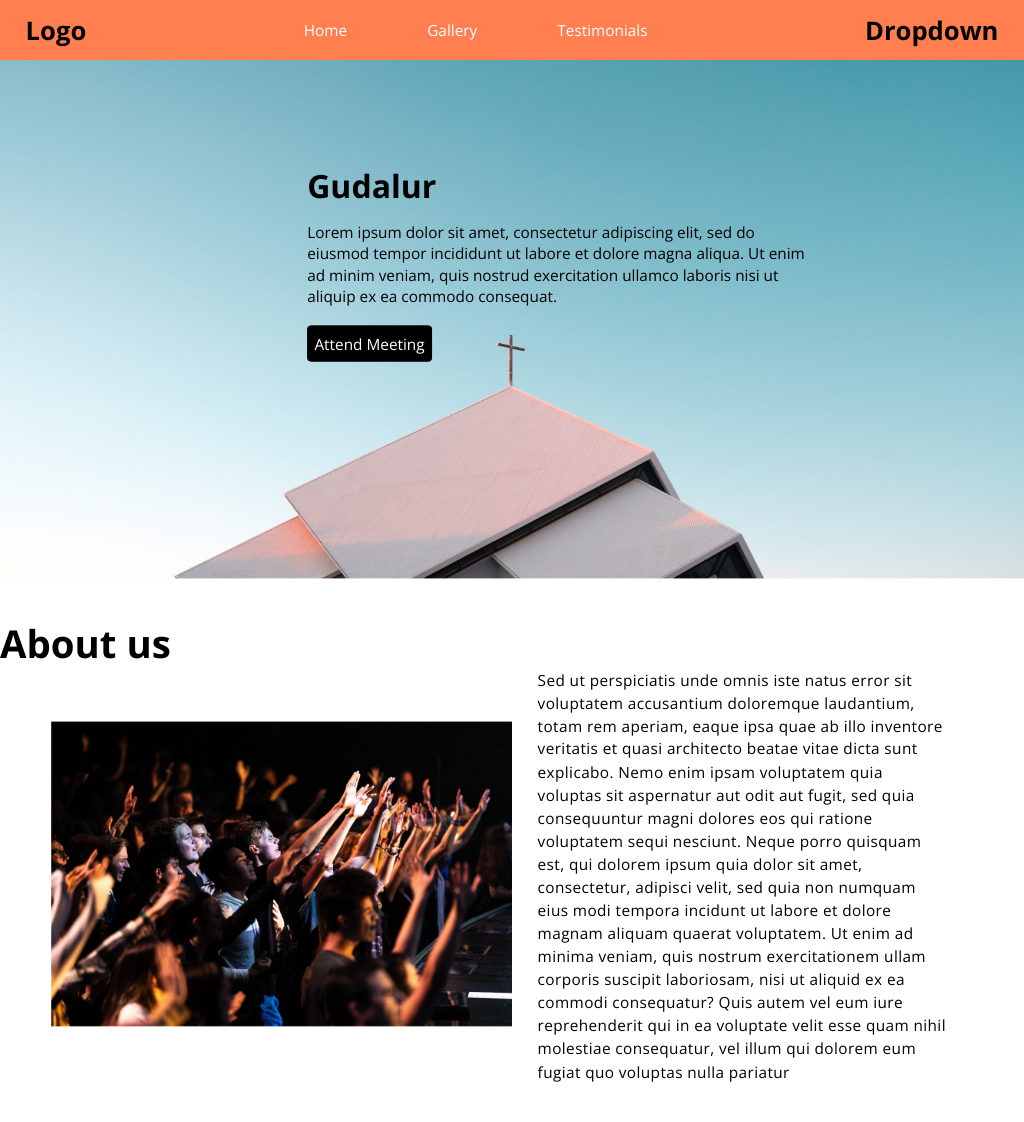
Repository: Imprasna/church
Page: index.html
These files come from the project's save history. The page is drawn as it stood at one moment and after a run of saves; the edit follows.
The browser window is 1280 px wide. The pictures show the whole page, at 80% of full size.

Above is the page before, as saved 2022-01-18 23:17:59.

After the next 4 saves:
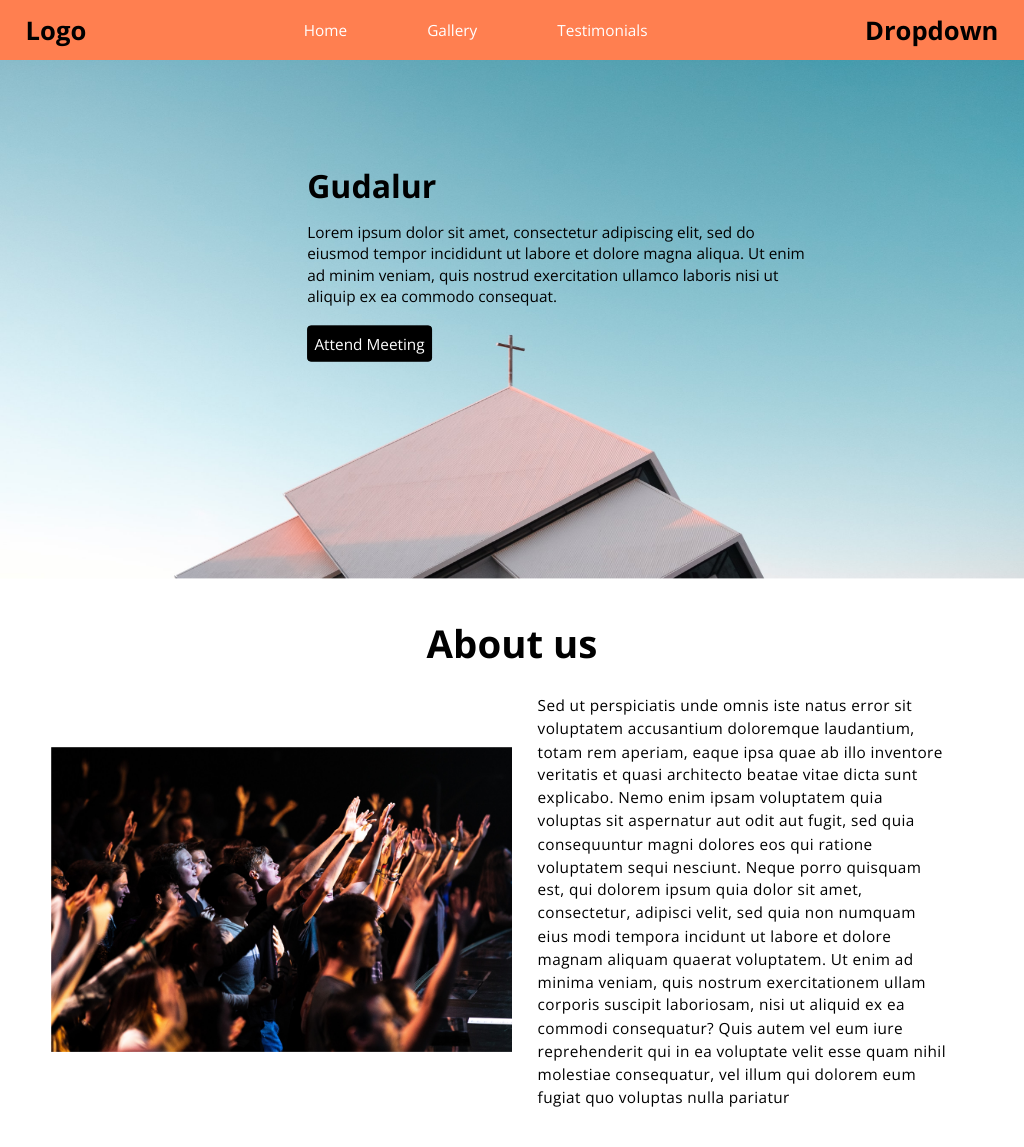
The 4 saves are shown as one change because they came seconds apart.
The last was saved 12 s later.
--- a/style.css
+++ b/style.css
@@ -91,6 +91,8 @@ nav > a {
 
 .about_sec > h1 {
     font-size: 3rem;
+    text-align: center;
+    margin-bottom: 2rem;
 }
 
 .about_whole {
